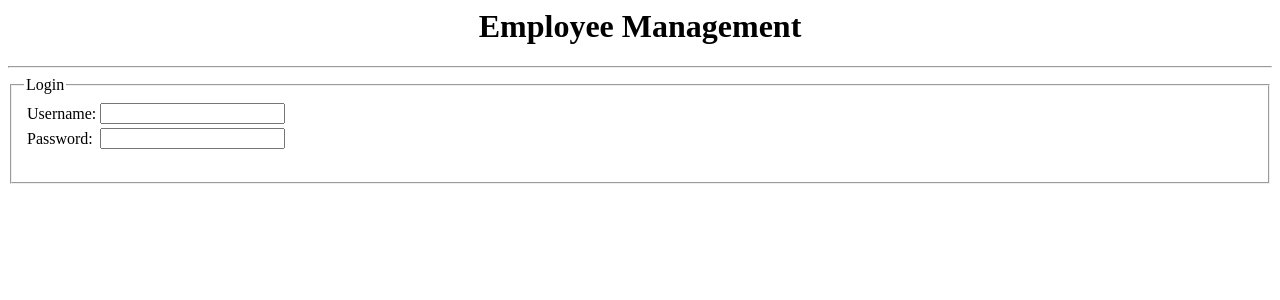
Repository: yiyongc/learning-2017
Page: http://localhost/Day10-SpringMVC/index.jsp
These files come from the project's save history. The page is drawn as it stood at one moment and after the next save; the edit follows.
The browser window is 1280 px wide. The pictures show the whole page.
The page is served by Tomcat 9.

Above is the page before, as saved 2017-09-11 04:55:54.

After the next save:
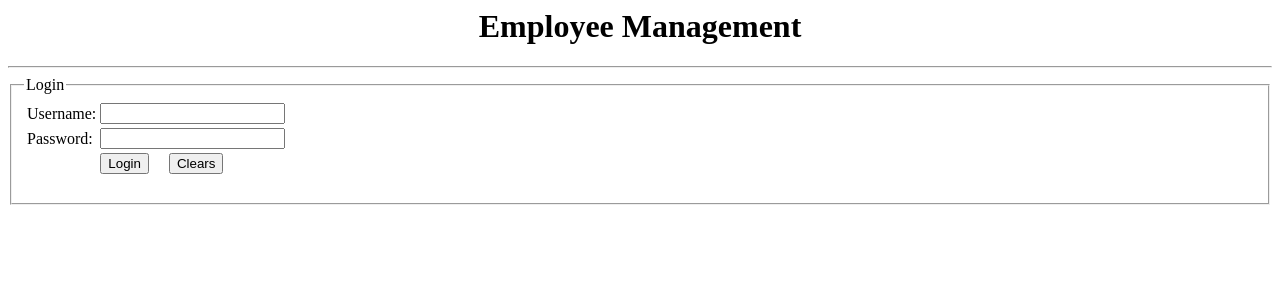
Saved 40 s later.
--- a/SpringTraining/Day10-SpringMVC/src/main/webapp/index.jsp
+++ b/SpringTraining/Day10-SpringMVC/src/main/webapp/index.jsp
@@ -17,7 +17,10 @@
 		</tr>
 		<tr>
 			<td></td>
-			<td></td>
+			<td>
+				<button type="submit">Login</button> &nbsp;&nbsp;&nbsp;
+				<button type="reset">Clears</button>
+			</td>
 		</tr>
 	</table>
 </form>
